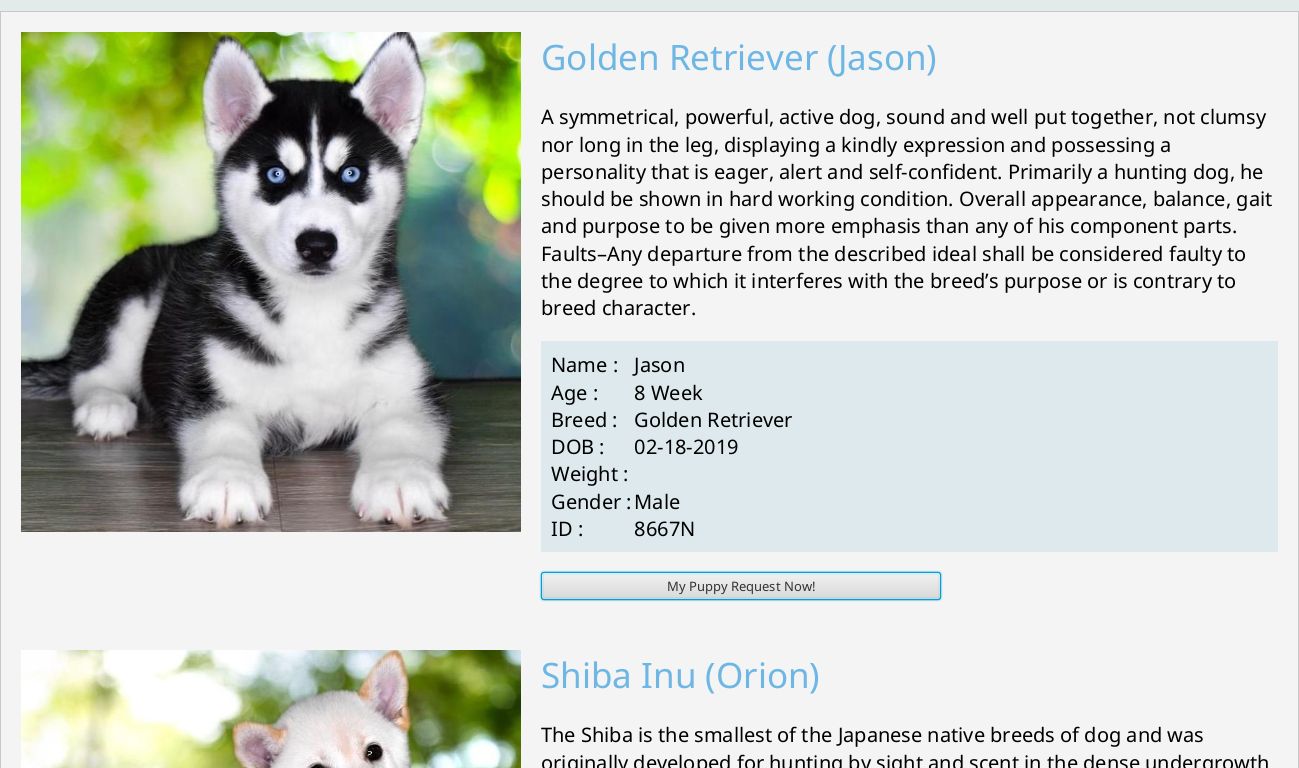
Repository: Cnibungco/CS2450
Program's window: java Assignment4/src/Nursery.java
The author's editor kept a copy of each file at every save. The program's window is drawn from the files as they stood at one save, then again after the next save.
It runs on Java 21 on a 1366 x 768 screen with JavaFX 11; the title bar is not drawn. Parts beyond the screen are cut off. It also reads Assignment4/Pictures/dog1.jpg, Assignment4/Pictures/dog2.jpg.

Above is the program's window before, as saved 2019-05-05 18:17:35.

### Assignment4/src/Nursery.java
import javafx.application.Application;
import javafx.geometry.Insets;
import javafx.geometry.Pos;
import javafx.scene.Scene;
import javafx.stage.Stage;

import javafx.scene.layout.HBox;
import javafx.scene.layout.VBox;
import javafx.scene.text.Font;
import javafx.scene.text.Text;
import javafx.scene.control.Label;
import javafx.scene.control.Menu;
import javafx.scene.control.MenuBar;
import javafx.scene.control.MenuItem;
import javafx.scene.control.ScrollPane;
import javafx.scene.image.Image;
import javafx.scene.image.ImageView;
import javafx.scene.control.Button;


public class Nursery extends Application {

	private MenuBar menuBar;
	private Menu homeItem;
	private Menu aboutUs;
	private Menu dogsAvailable;
	private Menu gallery;
	private Menu contactUs;

	private MenuItem ranchHistory;
	private MenuItem kennels;
	private MenuItem puppies;
	private MenuItem adults;
	private MenuItem locationArea;
	private MenuItem map;

	public static void main(String[] args) {
		// TODO Auto-generated method stub
		launch(args);

	}

	@Override
	public void start(Stage primaryStage) throws Exception {
		// TODO Auto-generated method stub


		Label addressLabel = new Label("24083 SD HWY 50 CHAMBERLAIN, SD, 57325");
		addressLabel.setStyle("-fx-text-fill: white");
		Label emailLabel = new Label("mkwessel@hotmail.com");
		emailLabel.setStyle("-fx-text-fill: white");
		Label phoneLabel = new Label("1-605-680-3097");
		phoneLabel.setStyle("-fx-text-fill: white");

		HBox header1 = new HBox(20, phoneLabel, emailLabel, addressLabel);
		header1.setPadding(new Insets(10));
		header1.setAlignment(Pos.TOP_RIGHT);
		header1.setStyle("-fx-background-color:#7cbcbb");


		Label name1 = new Label("Siberians of");
		name1.setStyle("-fx-font-size:35; -fx-text-fill:#14265b");
		Label name2 = new Label("the Heartland");
		name2.setStyle("-fx-font-size:35; -fx-text-fill:#14265b");
		VBox nameVBox = new VBox(name1, name2);

		Button homeButton = new Button("Home");
		homeButton.setStyle("-fx-text-fill:#14265b");
		Button nurseryButton = new Button("Nursery");
		nurseryButton.setStyle("-fx-text-fill:#14265b");
		Button first8WeeksButton = new Button("First 8 Weeks");
		first8WeeksButton.setStyle("-fx-text-fill:#14265b");
		Button heartlandAdultsButton = new Button("Hearland Adults");
		heartlandAdultsButton.setStyle("-fx-text-fill:#14265b");
		Button adultsForSaleButton = new Button("Adults for Sale");
		adultsForSaleButton.setStyle("-fx-text-fill:#14265b");
		Button puppyGaleeryButton = new Button("Puppy Gallery");
		puppyGaleeryButton.setStyle("-fx-text-fill:#14265b");
		Button kennelsButton = new Button("Kennels");
		kennelsButton.setStyle("-fx-text-fill:#14265b");
		Button ranchHistoryButton = new Button("Ranch History");
		ranchHistoryButton.setStyle("-fx-text-fill:#14265b");
		Button shotsFAQButton = new Button("Shorts/FAQ");
		shotsFAQButton.setStyle("-fx-text-fill:#14265b");
		Button contactButton = new Button("Contact Us");
		contactButton.setStyle("-fx-text-fill:#14265b");
		Button ourArea = new Button("Our Area");
		ourArea.setStyle("-fx-text-fill:#14265b");
		Button commnetsButton = new Button("Comments");
		commnetsButton.setStyle("-fx-text-fill:#14265b");

		HBox tabHBox = new HBox(homeButton, nurseryButton, first8WeeksButton, heartlandAdultsButton, adultsForSaleButton, puppyGaleeryButton, kennelsButton, ranchHistoryButton, shotsFAQButton, contactButton, ourArea, commnetsButton);
		tabHBox.setAlignment(Pos.CENTER_RIGHT);

		menuBar = new MenuBar();
		homeItem = new Menu("Home");
		aboutUs = new Menu("About Us");
		dogsAvailable = new Menu("Dogs Available");
		gallery = new Menu("Gallery");
		contactUs = new Menu("Contact Us");
		menuBar.getMenus().add(homeItem);
		menuBar.getMenus().add(aboutUs);
		menuBar.getMenus().add(dogsAvailable);
		menuBar.getMenus().add(gallery);
		menuBar.getMenus().add(contactUs);
		HBox menuHBox = new HBox(menuBar);
		menuHBox.setAlignment(Pos.CENTER_RIGHT);

		buildAboutUsMenu();
		buildDogsAvailableMenu();
		buildContactUsMenu();


		HBox header2 = new HBox (120, nameVBox, menuHBox);
		header2.setPadding(new Insets(15));



		Label availablePuppies = new Label("Available Puppies");
		availablePuppies.setStyle("-fx-font-size:40; -fx-text-fill:#ef709b");
		HBox availablePuppiesHBox = new HBox(availablePuppies);
		availablePuppiesHBox.setStyle("-fx-background-color:#e3eaea");
		availablePuppiesHBox.setAlignment(Pos.CENTER);
		availablePuppiesHBox.setPadding(new Insets(10));


		Image dog1Image = new Image("file:Pictures/dog1.jpg");
		ImageView dog1ImageView = new ImageView(dog1Image);
		dog1ImageView.setFitHeight(500);
		dog1ImageView.setFitWidth(500);

		Label goldenRetreverLabel = new Label("Golden Retriever (Jason)");
		goldenRetreverLabel.setStyle("-fx-font-size:35; -fx-text-fill:#6eb7e5");
		//goldenRetreverLabel.setFont(new Font(50));
		Text dog1Description = new Text("A symmetrical, powerful, active dog, sound and well put together, not clumsy \nnor long in the leg, displaying a kindly expression and possessing a \npersonality that is eager, alert and self-confident. Primarily a hunting dog, he\nshould be shown in hard working condition. Overall appearance, balance, gait \nand purpose to be given more emphasis than any of his component parts. \nFaults–Any departure from the described ideal shall be considered faulty to\nthe degree to which it interferes with the breed’s purpose or is contrary to\nbreed character.");
		dog1Description.setFont(new Font(20));


		Text dog1NationalCity = new Text("Name :\tJason\nAge :\t8 Week\nBreed :\tGolden Retriever\nDOB :\t02-18-2019\nWeight :\nGender :\tMale\nID :\t\t8667N");
		dog1NationalCity.setStyle("-fx-font-size:20");

		Button dog1RequestButton = new Button("My Puppy Request Now!");
		dog1RequestButton.setMinWidth(400);
		//dog1RequestButton.setStyle("-fx-background-color:#3da8ce");

		VBox dog1NationalCityVBox = new VBox(dog1NationalCity);
		dog1NationalCityVBox.setPadding(new Insets(10));
		dog1NationalCityVBox.setStyle("-fx-background-color:#dee9ed");

		VBox dog1DesVBox = new VBox(20, goldenRetreverLabel, dog1Description,dog1NationalCityVBox, dog1RequestButton);

		HBox dog1HBox = new HBox(20, dog1ImageView, dog1DesVBox);
		dog1HBox.setPadding(new Insets(20));

	/*********************************************/

		Image dog2Image = new Image("file:Pictures/dog2.jpg");
		ImageView dog2ImageView = new ImageView(dog2Image);
		dog2ImageView.setFitHeight(500);
		dog2ImageView.setFitWidth(500);


		Label shibaLabel = new Label("Shiba Inu (Orion)");
		shibaLabel.setStyle("-fx-font-size:35; -fx-text-fill:#6eb7e5");
		//goldenRetreverLabel.setFont(new Font(50));
		Text dog2Description = new Text("The Shiba is the smallest of the Japanese native breeds of dog and was\noriginally developed for hunting by sight and scent in the dense undergrowth\nof Japan’s mountainous areas. Alert and agile with keen senses, he is also an\nexcellent watchdog and companion. His frame is compact with well-developed\nmuscles. Males and females are distinctly different in appearance: males are\nmasculine without coarseness, females are feminine without weakness of\nstructure.");
		dog2Description.setFont(new Font(20));

		Text dog2NationalCity = new Text("Name :\tOrion\nAge :\t10 Week\nBreed :\tShiba Inu\nDOB :\t02-16-2019\nWeight :\t6 lbs 2 oz\nGender :\tMale\nID :\t\t7538B");
		dog2NationalCity.setStyle("-fx-font-size:20");

		Button dog2RequestButton = new Button("My Puppy Request Now!");
		dog2RequestButton.setMinWidth(400);
		//dog1RequestButton.setStyle("-fx-background-color:#3da8ce");

		VBox dog2NationalCityVBox = new VBox(dog2NationalCity);
		dog2NationalCityVBox.setPadding(new Insets(10));
		dog2NationalCityVBox.setStyle("-fx-background-color:#dee9ed");

		VBox dog2DesVBox = new VBox(20, shibaLabel, dog2Description,dog2NationalCityVBox, dog2RequestButton);

		HBox dog2HBox = new HBox(20, dog2ImageView, dog2DesVBox);
		dog2HBox.setPadding(new Insets(20));





		VBox bodyVBox = new VBox(10, dog1HBox, dog2HBox);

		ScrollPane scrollPane = new ScrollPane(bodyVBox);
		scrollPane.setFitToHeight(true);

		VBox vbox = new VBox(header1, header2, availablePuppiesHBox, scrollPane);
		scrollPane.setFitToHeight(true);
		Scene scene = new Scene(vbox);
		primaryStage.setScene(scene);
		primaryStage.show();


	}

	private void buildContactUsMenu() {
		locationArea = new MenuItem("Location/Our Area");
		map = new MenuItem("Map");

		contactUs.getItems().add(locationArea);
		contactUs.getItems().add(map);

	}

	private void buildAboutUsMenu() {

		ranchHistory = new MenuItem("Ranch History");
		kennels = new MenuItem("Kennels");

		aboutUs.getItems().add(ranchHistory);
		aboutUs.getItems().add(kennels);


	}

	private void buildDogsAvailableMenu() {
		puppies = new MenuItem("Puppies");
		adults = new MenuItem("Adults");

		dogsAvailable.getItems().add(puppies);
		dogsAvailable.getItems().add(adults);
	}

}

After the next save:
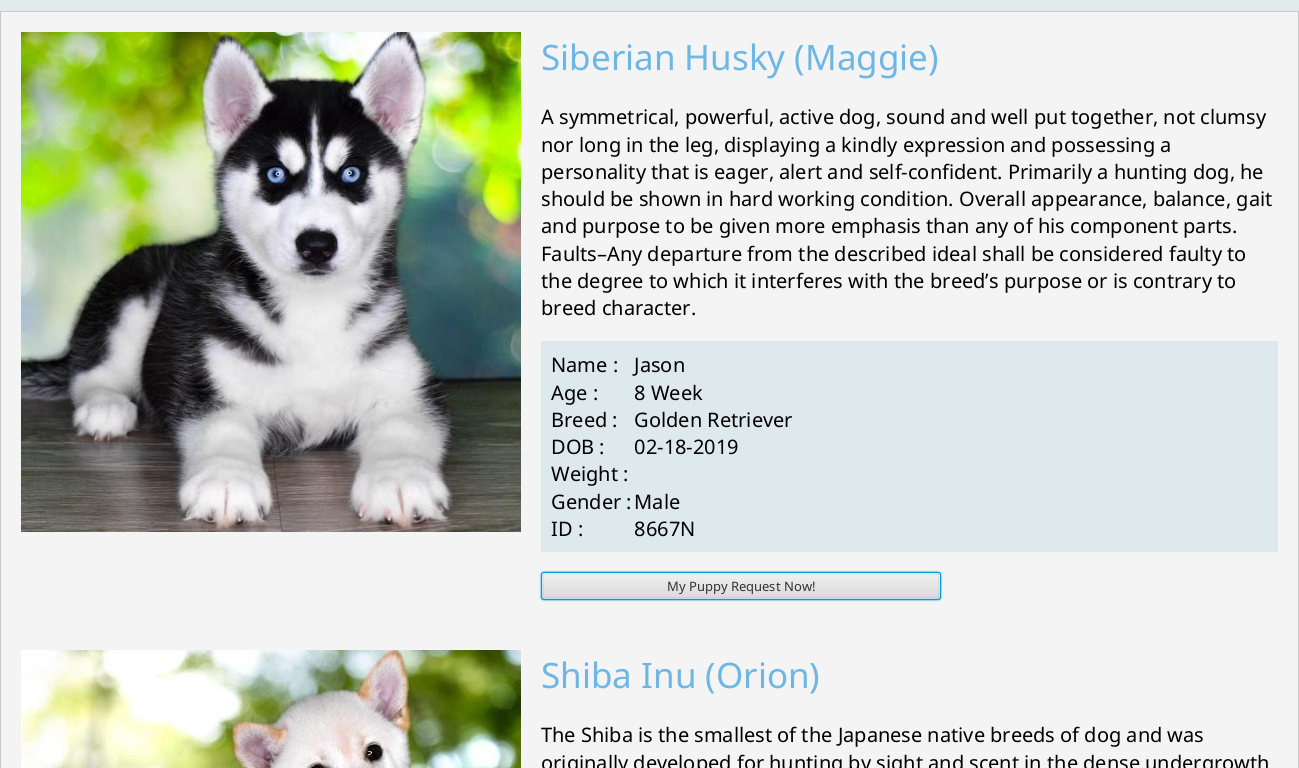
Saved 12 min 43 s later.
--- a/Assignment4/src/Nursery.java
+++ b/Assignment4/src/Nursery.java
@@ -129,8 +129,8 @@
 		dog1ImageView.setFitHeight(500);
 		dog1ImageView.setFitWidth(500);
 
-		Label goldenRetreverLabel = new Label("Golden Retriever (Jason)");
-		goldenRetreverLabel.setStyle("-fx-font-size:35; -fx-text-fill:#6eb7e5");
+		Label dog1Label = new Label("Siberian Husky (Maggie)");
+		dog1Label.setStyle("-fx-font-size:35; -fx-text-fill:#6eb7e5");
 		//goldenRetreverLabel.setFont(new Font(50));
 		Text dog1Description = new Text("A symmetrical, powerful, active dog, sound and well put together, not clumsy \nnor long in the leg, displaying a kindly expression and possessing a \npersonality that is eager, alert and self-confident. Primarily a hunting dog, he\nshould be shown in hard working condition. Overall appearance, balance, gait \nand purpose to be given more emphasis than any of his component parts. \nFaults–Any departure from the described ideal shall be considered faulty to\nthe degree to which it interferes with the breed’s purpose or is contrary to\nbreed character.");
 		dog1Description.setFont(new Font(20));
@@ -147,7 +147,7 @@
 		dog1NationalCityVBox.setPadding(new Insets(10));
 		dog1NationalCityVBox.setStyle("-fx-background-color:#dee9ed");
 
-		VBox dog1DesVBox = new VBox(20, goldenRetreverLabel, dog1Description,dog1NationalCityVBox, dog1RequestButton);
+		VBox dog1DesVBox = new VBox(20, dog1Label, dog1Description,dog1NationalCityVBox, dog1RequestButton);
 
 		HBox dog1HBox = new HBox(20, dog1ImageView, dog1DesVBox);
 		dog1HBox.setPadding(new Insets(20));
